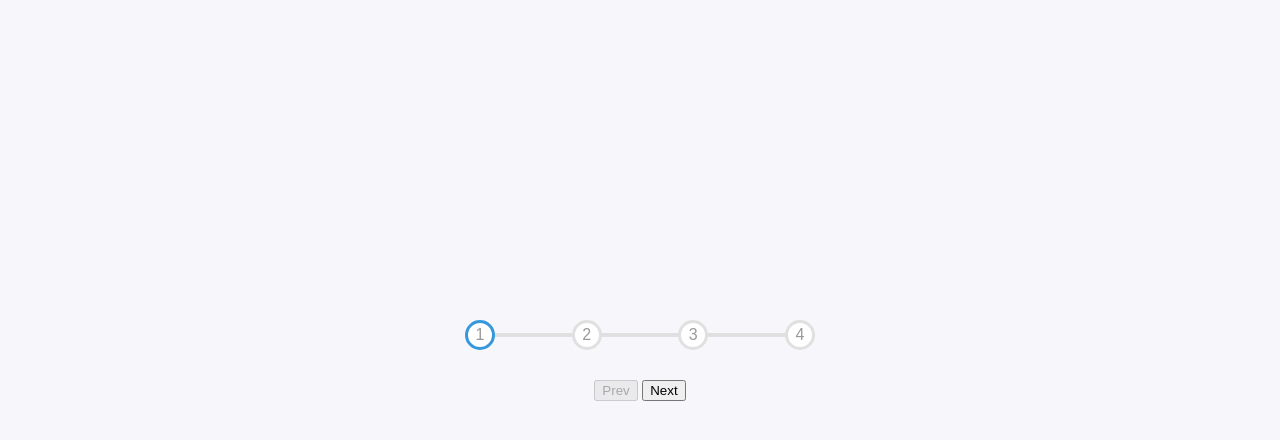
Repository: thecoachanna/progress-step-bar
Page: index.html
The author's editor kept a copy of each file at every save. The page is drawn from the files as they stood at one save, then again after a run of saves.
The browser window is 1280 px wide. The pictures show the whole page.
Some web fonts or font styles are not loaded; a fallback is used.

Above is the page before, as saved 2023-02-15 16:13:12.

After the next 3 saves:
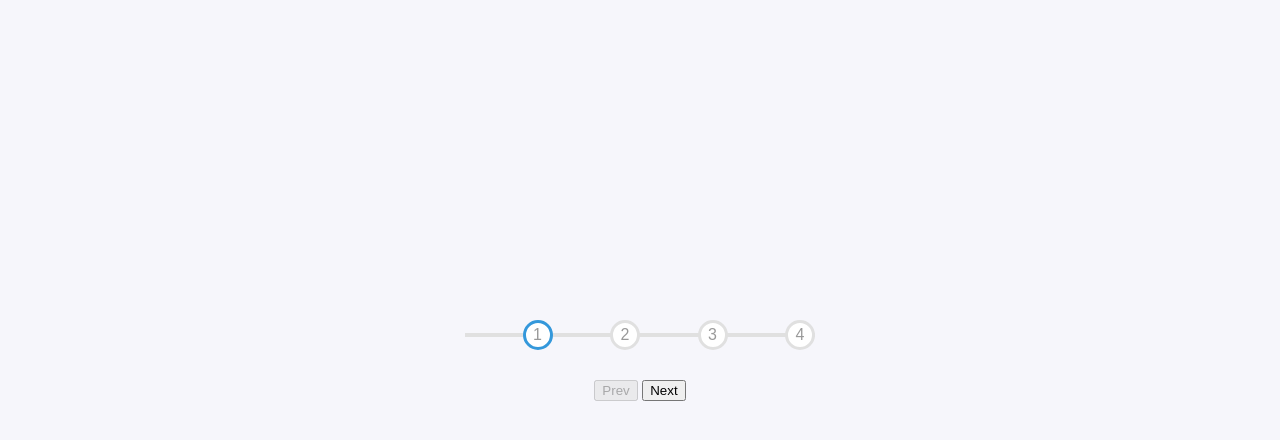
The 3 saves are shown as one change because they came seconds apart.
The last was saved 16 s later.
--- a/style.css
+++ b/style.css
@@ -59,18 +59,6 @@ body {
     transition: .4s ease;
 }
 
-.progress {
-    background-color: var(--line-border-fill);
-    position: absolute;
-    top: 50%;
-    left: 0;
-    transform: translateY(-50%);
-    height: 4px;
-    width: 0%;
-    z-index: -1;
-    transition: 0.4s ease;
-}
-
 .circle.active {
     border-color: var(--line-border-fill);
 }

After the save that followed:
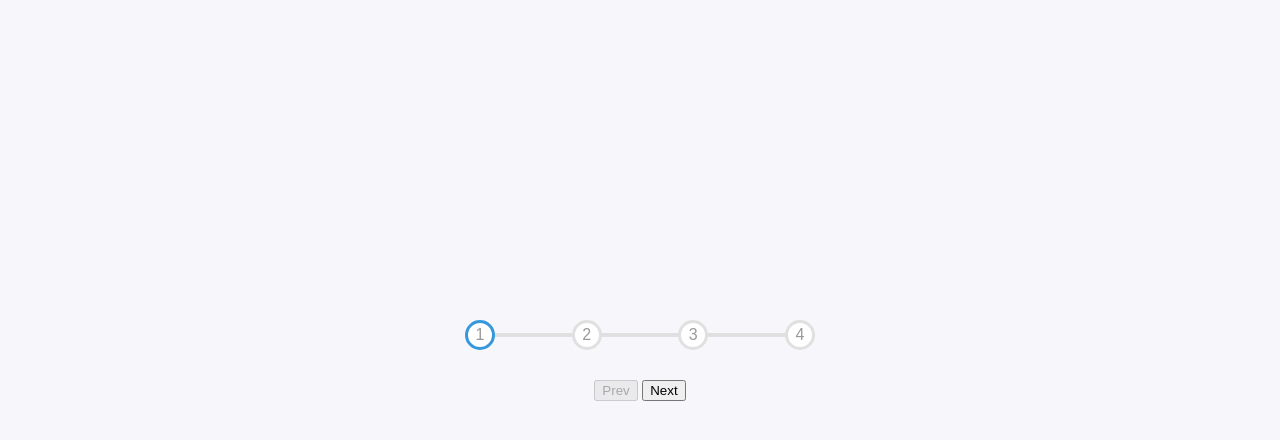
Saved 11 s later.
--- a/style.css
+++ b/style.css
@@ -23,6 +23,18 @@ body {
 
 .container {
     text-align: center;
+}
+
+.progress {
+    background-color: var(--line-border-fill);
+    position: absolute;
+    top: 50%;
+    left: 0;
+    transform: translateY(-50%);
+    height: 4px;
+    width: 0%;
+    z-index: -1;
+    transition: 0.4s ease;
 }
 
 .progress-container {
